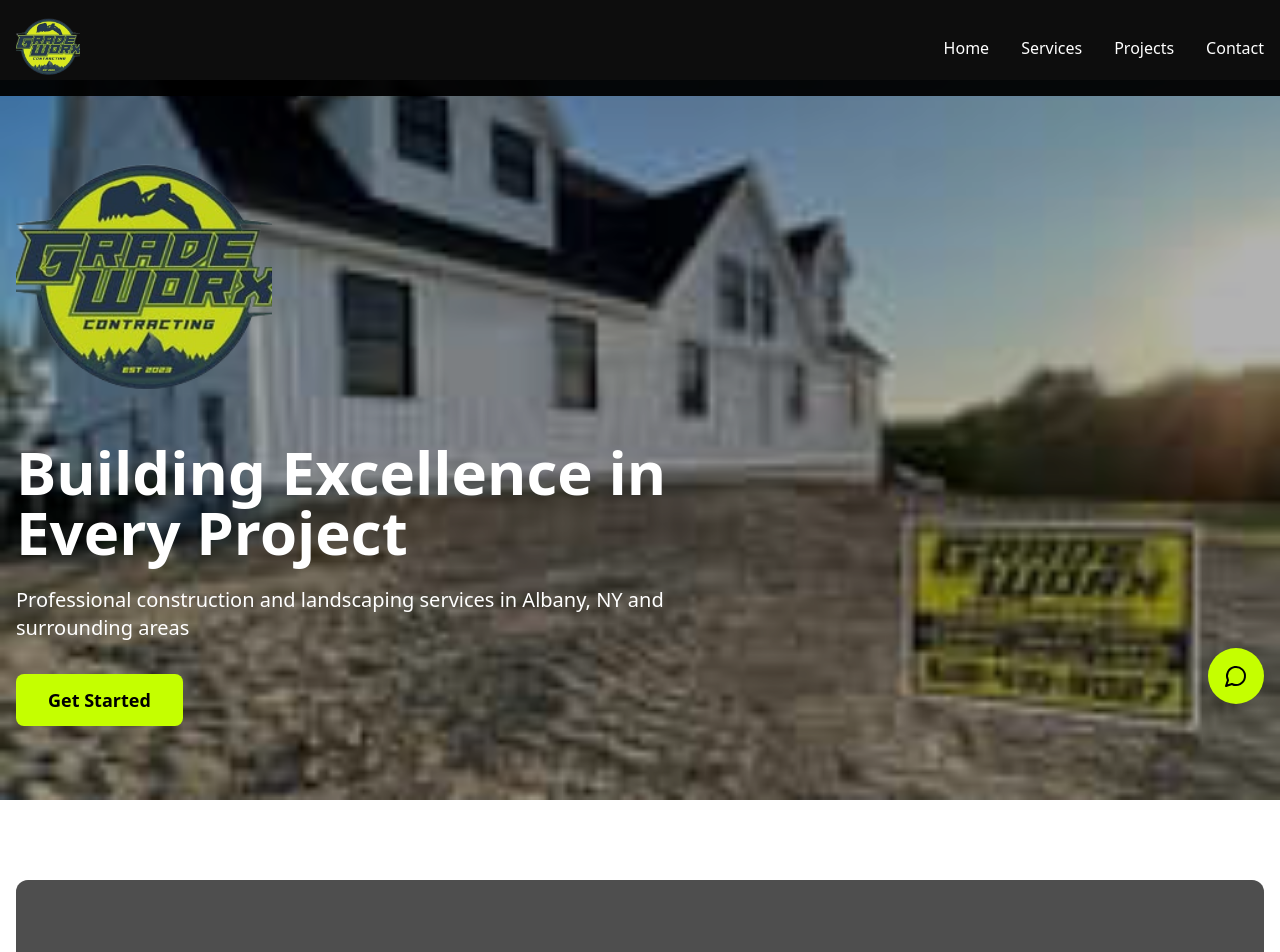
Repository: gabe126679/GradeWorx
Page: /
These files come from the project's save history. The page is drawn as it stood at one moment and after the next save; the edit follows.
The browser window is 1280 px wide. The pictures show the part of the page from y = 0 to 952 px (the page is 3566 px tall).
Pictures or frames that could not be fetched are drawn as grey boxes. The project was rebuilt for these pictures with package versions that can differ from the ones it lists, and the page was loaded fresh each time. Also part of the build but not shown: vite.config.ts.

Above is the page before, as saved 2024-12-15 23:46:19.

### src/App.tsx
import React from 'react';
import Header from './components/Header';
import ChatBot from './components/ChatBot';
import { Home } from './pages/Home';
import { Services } from './pages/Services';
import { Projects } from './pages/Projects';
import { Contact } from './pages/Contact';

function App() {
  return (
    <div className="min-h-screen bg-gray-50">
      <Header />
      <main className="pt-20">
        <Home />
        <Services />
        <Projects />
        <Contact />
      </main>
      <ChatBot />
    </div>
  );
}

export default App;

### src/index.css
@tailwind base;
@tailwind components;
@tailwind utilities;

html {
  scroll-behavior: smooth;
}

body {
  @apply text-gray-900;
}

.prose {
  @apply text-gray-600 leading-relaxed;
}

### src/components/Header.tsx
import React from 'react';
import { Menu, X } from 'lucide-react';
import { useState } from 'react';
import { Link } from './Navigation';

export default function Header() {
  const [isOpen, setIsOpen] = useState(false);

  return (
    <header className="fixed w-full bg-black/95 text-white z-50">
      <nav className="container mx-auto px-4 py-4">
        <div className="flex items-center justify-between">
          <Link href="/" className="flex items-center space-x-2">
            <img
              src="/images/logo.png"
              alt="Gradeworx Logo"
              className="h-16 w-auto"
              style={{ filter: 'brightness(1.1)' }}
            />
          </Link>

          {/* Desktop Navigation */}
          <div className="hidden md:flex space-x-8">
            <Link href="#home">Home</Link>
            <Link href="#services">Services</Link>
            <Link href="#projects">Projects</Link>
            <Link href="#contact">Contact</Link>
          </div>

          {/* Mobile Navigation Button */}
          <button
            className="md:hidden"
            onClick={() => setIsOpen(!isOpen)}
          >
            {isOpen ? <X size={24} /> : <Menu size={24} />}
          </button>
        </div>

        {/* Mobile Navigation Menu */}
        {isOpen && (
          <div className="md:hidden pt-4 pb-6">
            <div className="flex flex-col space-y-4">
              <Link href="#home" onClick={() => setIsOpen(false)}>Home</Link>
              <Link href="#services" onClick={() => setIsOpen(false)}>Services</Link>
              <Link href="#projects" onClick={() => setIsOpen(false)}>Projects</Link>
              <Link href="#contact" onClick={() => setIsOpen(false)}>Contact</Link>
            </div>
          </div>
        )}
      </nav>
    </header>
  );
}

### src/components/ChatBot.tsx
import React, { useState } from 'react';
import { MessageCircle, X } from 'lucide-react';

export default function ChatBot() {
  const [isOpen, setIsOpen] = useState(false);

  return (
    <div className="fixed bottom-4 right-4 z-50">
      {isOpen ? (
        <div className="bg-white rounded-lg shadow-xl w-80 overflow-hidden">
          <div className="bg-black p-4 flex justify-between items-center">
            <h3 className="text-white font-semibold">Chat with us</h3>
            <button onClick={() => setIsOpen(false)} className="text-white">
              <X size={20} />
            </button>
          </div>
          <div className="p-4 h-96 bg-gray-50">
            <div className="mb-4 text-sm">
              Hello! How can we help you today?
            </div>
            <textarea
              className="w-full p-2 border rounded-lg"
              placeholder="Type your message..."
              rows={3}
            />
            <button className="mt-2 bg-[#c5ff00] text-black px-4 py-2 rounded-lg w-full hover:bg-[#a3d600] transition-colors">
              Send Message
            </button>
          </div>
        </div>
      ) : (
        <button
          onClick={() => setIsOpen(true)}
          className="bg-[#c5ff00] text-black p-4 rounded-full shadow-lg hover:bg-[#a3d600] transition-colors"
        >
          <MessageCircle size={24} />
        </button>
      )}
    </div>
  );
}

### src/pages/Home.tsx
import React from 'react';

export function Home() {
  return (
    <section id="home" className="relative h-screen">
      <div
        className="absolute inset-0 bg-cover bg-center"
        style={{
          backgroundImage: 'url("/images/cover.jpg")',
          filter: 'brightness(0.7)'
        }}
      />
      <div className="relative h-full flex items-center">
        <div className="container mx-auto px-4">
          <div className="max-w-3xl">
            <img
              src="/images/logo.png"
              alt="Gradeworx Logo"
              className="w-64 mb-8"
            />
            <h1 className="text-5xl md:text-6xl font-bold text-white mb-6">
              Building Excellence in Every Project
            </h1>
            <p className="text-xl text-white mb-8">
              Professional construction and landscaping services in Albany, NY and surrounding areas
            </p>
            <a
              href="#contact"
              className="bg-[#c5ff00] text-black px-8 py-3 rounded-lg text-lg font-semibold hover:bg-[#a3d600] transition-colors inline-block"
            >
              Get Started
            </a>
          </div>
        </div>
      </div>
    </section>
  );
}

### src/pages/Services.tsx
import React from 'react';
import { Section } from '../components/ui/Section';
import { SectionTitle } from '../components/ui/SectionTitle';
import { ServiceCard } from '../components/ServiceCard';
import { services } from '../data/services';

export function Services() {
  return (
    <Section id="services" className="bg-white">
      <div className="relative mb-16 h-64 rounded-xl overflow-hidden">
        <img
          src="/images/services.jpg"
          alt="Our Services"
          className="w-full h-full object-cover"
        />
        <div className="absolute inset-0 bg-black/50 flex items-center justify-center">
          <SectionTitle className="text-white mb-0">Our Services</SectionTitle>
        </div>
      </div>
      <div className="grid grid-cols-1 md:grid-cols-2 lg:grid-cols-3 gap-8">
        {services.map((service, index) => (
          <ServiceCard key={index} {...service} />
        ))}
      </div>
    </Section>
  );
}

### src/pages/Projects.tsx
import React from 'react';

export function Projects() {
  return (
    <section id="projects" className="py-20 bg-gray-50">
      <div className="container mx-auto px-4">
        <h2 className="text-4xl font-bold text-center mb-16">Our Projects</h2>

        <div className="max-w-4xl mx-auto mb-16">
          <h3 className="text-2xl font-bold mb-6">About Gradeworx Contracting</h3>
          <div className="prose lg:prose-lg">
            <p className="mb-4">
              At Gradeworx Contracting, we are dedicated to delivering top-notch construction and landscaping services to Albany, NY, and the surrounding areas. With a proven track record of excellence, we specialize in a range of projects, including concrete work, gravel driveways, gutter and French drain installations, utility hookups, hydroseeding, and snowplowing.
            </p>
            <p className="mb-4">
              Our team combines skill, reliability, and a commitment to customer satisfaction, ensuring every project is completed to the highest standard. Whether it's enhancing your property with durable concrete solutions, preparing your landscape with expert grading and hydroseeding, or keeping your driveways clear in winter, Gradeworx is here to exceed your expectations.
            </p>
            <p>
              Explore our gallery to see how we've helped clients transform their properties with exceptional craftsmanship and attention to detail. Let us help you bring your next project to life!
            </p>
          </div>
        </div>

        <div className="grid grid-cols-1 md:grid-cols-2 gap-8">
          <div className="rounded-lg overflow-hidden shadow-lg">
            <img src="/images/project1.jpg" alt="Completed driveway project" className="w-full h-64 object-cover" />
            <div className="p-4 bg-white">
              <h3 className="font-semibold text-xl mb-2">Driveway Installation</h3>
              <p className="text-gray-600">Professional driveway installation with attention to detail</p>
            </div>
          </div>
          <div className="rounded-lg overflow-hidden shadow-lg">
            <img src="/images/project2.jpg" alt="Landscaping project" className="w-full h-64 object-cover" />
            <div className="p-4 bg-white">
              <h3 className="font-semibold text-xl mb-2">Landscape Design</h3>
              <p className="text-gray-600">Beautiful landscape transformation</p>
            </div>
          </div>
        </div>
      </div>
    </section>
  );
}

### src/pages/Contact.tsx
import React from 'react';
import { Phone, Mail, MapPin } from 'lucide-react';
import { Section } from '../components/ui/Section';
import { SectionTitle } from '../components/ui/SectionTitle';
import { Input } from '../components/ui/Input';
import { Button } from '../components/ui/Button';

export function Contact() {
  return (
    <Section id="contact" className="bg-black text-white">
      <SectionTitle>Contact Us</SectionTitle>

      <div className="grid grid-cols-1 md:grid-cols-2 gap-12 max-w-4xl mx-auto">
        <div>
          <h3 className="text-2xl font-semibold mb-6">Get in Touch</h3>
          <div className="space-y-4">
            <div className="flex items-center space-x-4">
              <Phone className="text-[#c5ff00]" />
              <a href="tel:518-477-0158" className="hover:text-[#c5ff00] transition-colors">
                518-477-0158
              </a>
            </div>
            <div className="flex items-center space-x-4">
              <Mail className="text-[#c5ff00]" />
              <a href="mailto:info@gradeworxcontracting.com" className="hover:text-[#c5ff00] transition-colors">
                info@gradeworxcontracting.com
              </a>
            </div>
            <div className="flex items-center space-x-4">
              <MapPin className="text-[#c5ff00]" />
              <span>Albany, NY and surrounding areas</span>
            </div>
          </div>
        </div>

        <form className="space-y-4">
          <Input label="Name" type="text" />
          <Input label="Email" type="email" />
          <div>
            <label className="block mb-2">Message</label>
            <textarea
              rows={4}
              className="w-full p-2 rounded-lg bg-gray-800 border border-gray-700 focus:border-[#c5ff00] focus:outline-none"
            ></textarea>
          </div>
          <Button type="submit">Send Message</Button>
        </form>
      </div>
    </Section>
  );
}

### src/components/Navigation.tsx
import React from 'react';

interface LinkProps {
  href: string;
  children: React.ReactNode;
  className?: string;
  onClick?: () => void;
}

export function Link({ href, children, className = '', onClick }: LinkProps) {
  return (
    <a
      href={href}
      className={`text-white hover:text-[#c5ff00] transition-colors ${className}`}
      onClick={onClick}
    >
      {children}
    </a>
  );
}

### src/components/ui/Section.tsx
import React from 'react';

interface SectionProps {
  id: string;
  className?: string;
  children: React.ReactNode;
}

export function Section({ id, className = '', children }: SectionProps) {
  return (
    <section id={id} className={`py-20 ${className}`}>
      <div className="container mx-auto px-4">
        {children}
      </div>
    </section>
  );
}

### src/components/ui/SectionTitle.tsx
import React from 'react';

interface SectionTitleProps {
  children: React.ReactNode;
  className?: string;
}

export function SectionTitle({ children, className = '' }: SectionTitleProps) {
  return (
    <h2 className={`text-4xl font-bold text-center mb-16 ${className}`}>
      {children}
    </h2>
  );
}

### src/components/ServiceCard.tsx
import React from 'react';
import { LucideIcon } from 'lucide-react';

interface ServiceCardProps {
  icon: LucideIcon;
  title: string;
  description: string;
}

export function ServiceCard({ icon: Icon, title, description }: ServiceCardProps) {
  return (
    <div className="p-6 border rounded-lg hover:shadow-lg transition-shadow">
      <Icon className="w-12 h-12 text-[#c5ff00] mb-4" />
      <h3 className="text-xl font-semibold mb-2">{title}</h3>
      <p className="text-gray-600">{description}</p>
    </div>
  );
}

### src/data/services.ts
import {
  Construction,
  Truck,
  Droplets,
  Wrench,
  Snowflake,
  Shovel,
  Plus
} from 'lucide-react';

export const services = [
  {
    icon: Construction,
    title: 'Concrete',
    description: 'Professional concrete solutions for all your construction needs'
  },
  {
    icon: Truck,
    title: 'Gravel Driveways',
    description: 'Custom gravel driveway installation and maintenance'
  },
  {
    icon: Droplets,
    title: 'Gutter & French Drains',
    description: 'Expert drainage solutions to protect your property'
  },
  {
    icon: Wrench,
    title: 'Utility Hookups',
    description: 'Professional utility connection services'
  },
  {
    icon: Shovel,
    title: 'Hydroseeding',
    description: 'Efficient and effective lawn establishment'
  },
  {
    icon: Snowflake,
    title: 'Snowplowing',
    description: 'Reliable winter maintenance services'
  },
  {
    icon: Plus,
    title: 'And More',
    description: 'Contact us to discuss your specific needs'
  }
];

### src/components/ui/Input.tsx
import React from 'react';

interface InputProps extends React.InputHTMLAttributes<HTMLInputElement> {
  label: string;
}

export function Input({ label, className = '', ...props }: InputProps) {
  return (
    <div>
      <label className="block mb-2">{label}</label>
      <input
        className={`w-full p-2 rounded-lg bg-gray-800 border border-gray-700 focus:border-[#c5ff00] focus:outline-none ${className}`}
        {...props}
      />
    </div>
  );
}

### src/components/ui/Button.tsx
import React from 'react';

interface ButtonProps extends React.ButtonHTMLAttributes<HTMLButtonElement> {
  variant?: 'primary' | 'secondary';
  children: React.ReactNode;
}

export function Button({ variant = 'primary', className = '', children, ...props }: ButtonProps) {
  const baseStyles = 'px-6 py-2 rounded-lg font-semibold transition-colors';
  const variants = {
    primary: 'bg-[#c5ff00] text-black hover:bg-[#a3d600]',
    secondary: 'bg-gray-800 text-white hover:bg-gray-700'
  };

  return (
    <button
      className={`${baseStyles} ${variants[variant]} ${className}`}
      {...props}
    >
      {children}
    </button>
  );
}

Loaded but not shown: index.html (common file); src/main.tsx (common file); tailwind.config.js (common file)

After the next save:
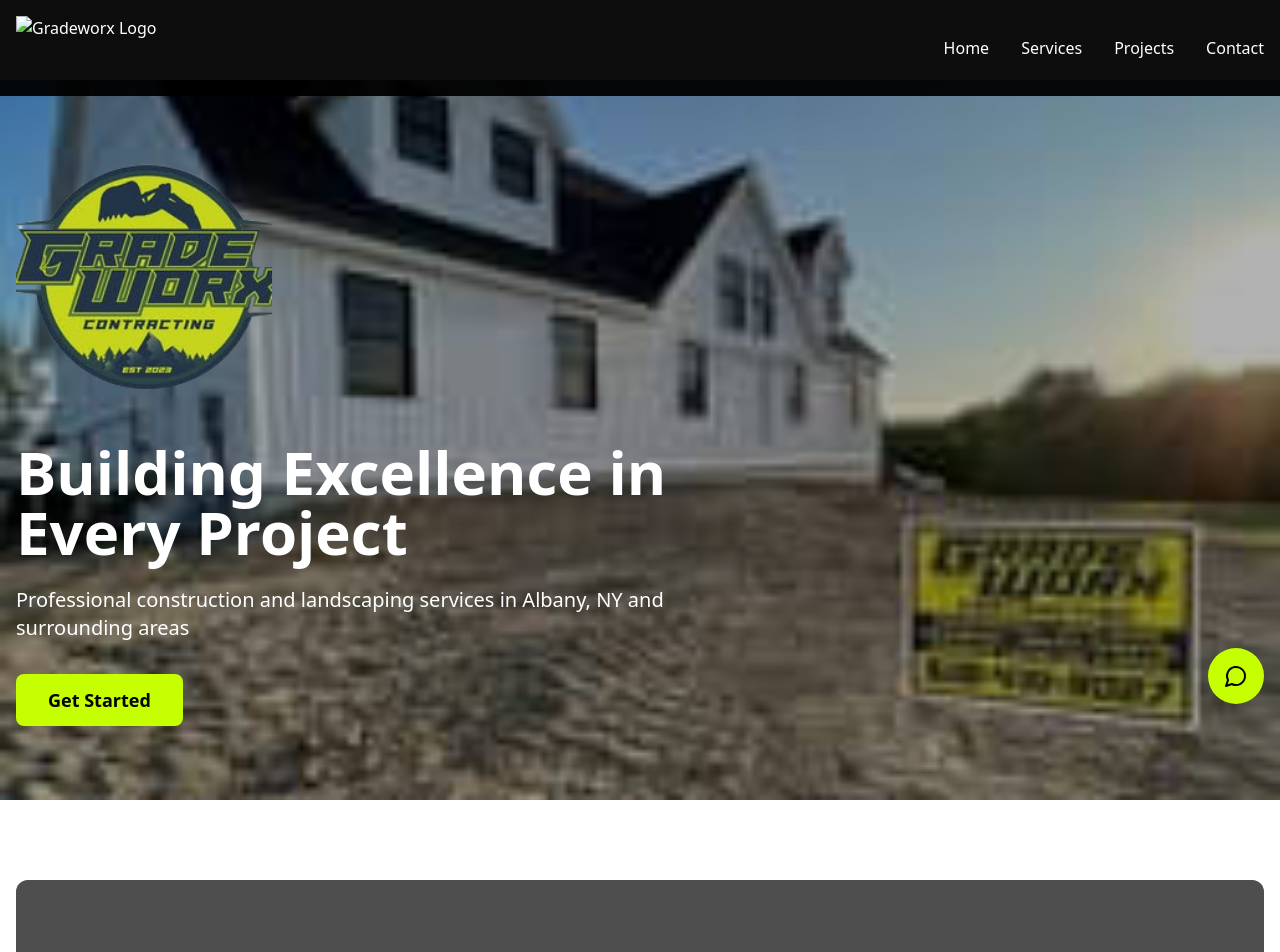
Not found: images/logo.jpg
Saved 7 min 23 s later.
--- a/src/components/Header.tsx
+++ b/src/components/Header.tsx
@@ -12,7 +12,7 @@
         <div className="flex items-center justify-between">
           <Link href="/" className="flex items-center space-x-2">
             <img
-              src="/images/logo.png"
+              src="/images/logo.jpg"
               alt="Gradeworx Logo"
               className="h-16 w-auto"
               style={{ filter: 'brightness(1.1)' }}
